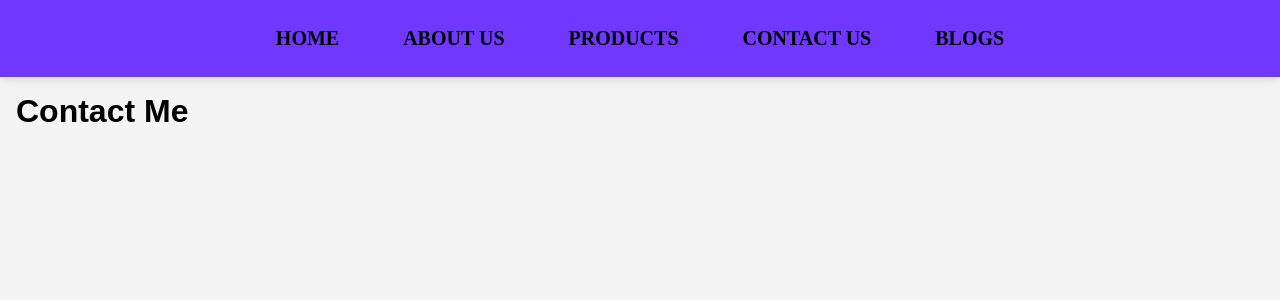
Repository: SharonSebastian32/ecommerce-web-using-react-framework
Page: /contact
These files come from the project's save history. The page is drawn as it stood at one moment and after the next save; the edit follows.
The browser window is 1280 px wide. The pictures show the whole page.
Some web fonts or font styles are not loaded; a fallback is used. The project was rebuilt for these pictures with package versions that can differ from the ones it lists, and the page was loaded fresh each time. Also part of the build but not shown: src/Style/homeStyle.css, src/pages/Home.jsx, src/pages/Blogs.jsx, src/pages/NoPage.jsx, src/pages/About.jsx, src/ProductPage/productCard.jsx, src/ProductPage/productPage.jsx, src/index.css.

Above is the page before, as saved 2024-07-02 11:27:59.

After the next save:
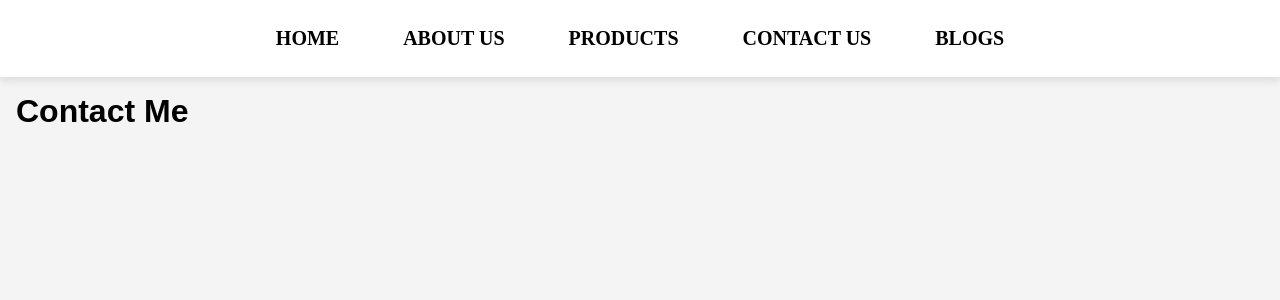
Saved 7 s later.
--- a/src/Style/layout1.css
+++ b/src/Style/layout1.css
@@ -8,7 +8,7 @@
     }
 
     nav {
-        background-color: #7038ff;
+        background-color: #ffffff;
         box-shadow: 0 4px 8px rgba(0, 0, 0, 0.1);
     }
 
